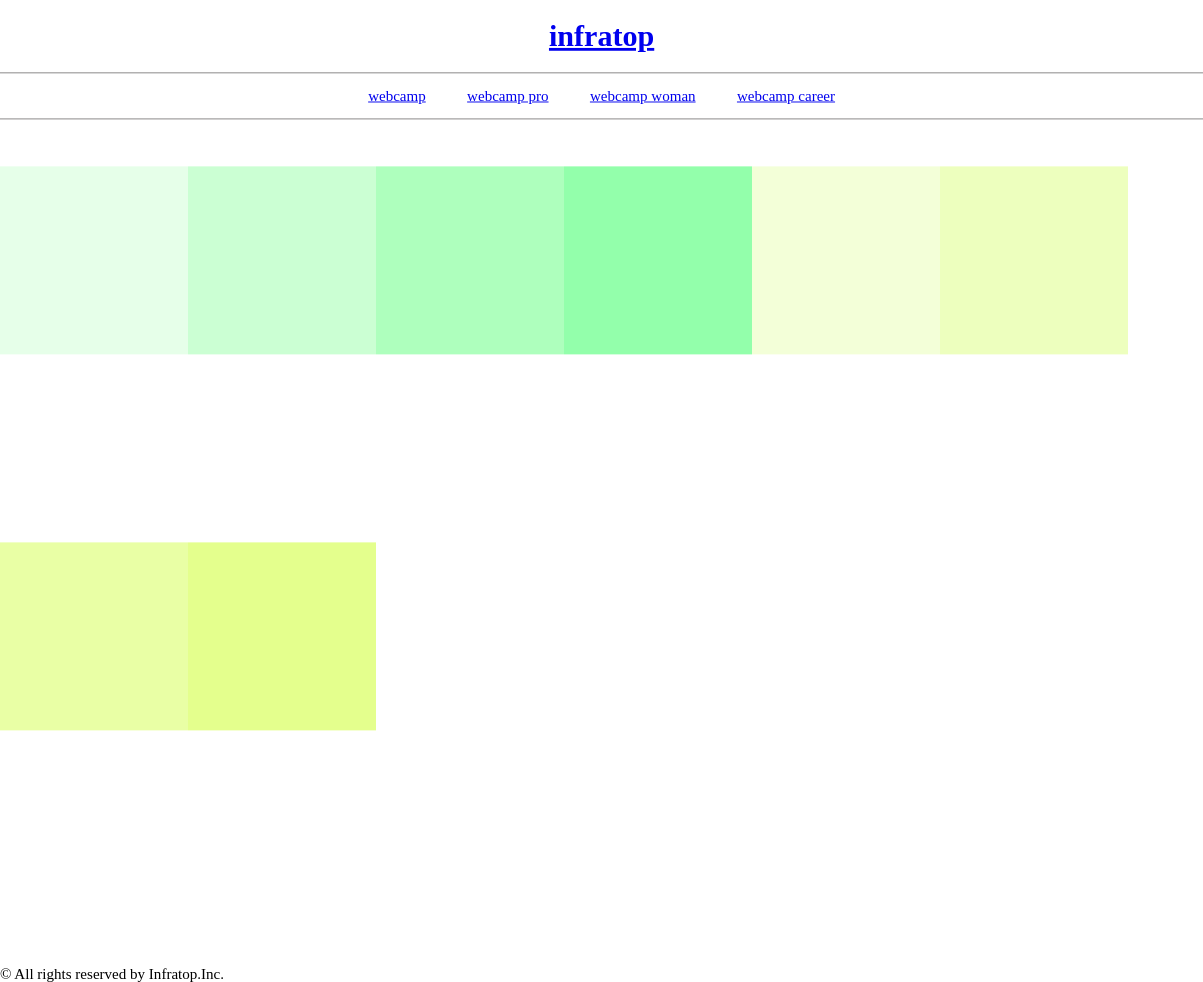
Repository: gukbvhrsui/r
Page: review2/review2.html
The author's editor kept a record of every edit. The page is drawn from the files as they stood at one moment, then again after the next edit.
The browser window is 1280 px wide. The pictures show the whole page, at 94% of full size.

Above is the page before.

After the next edit:
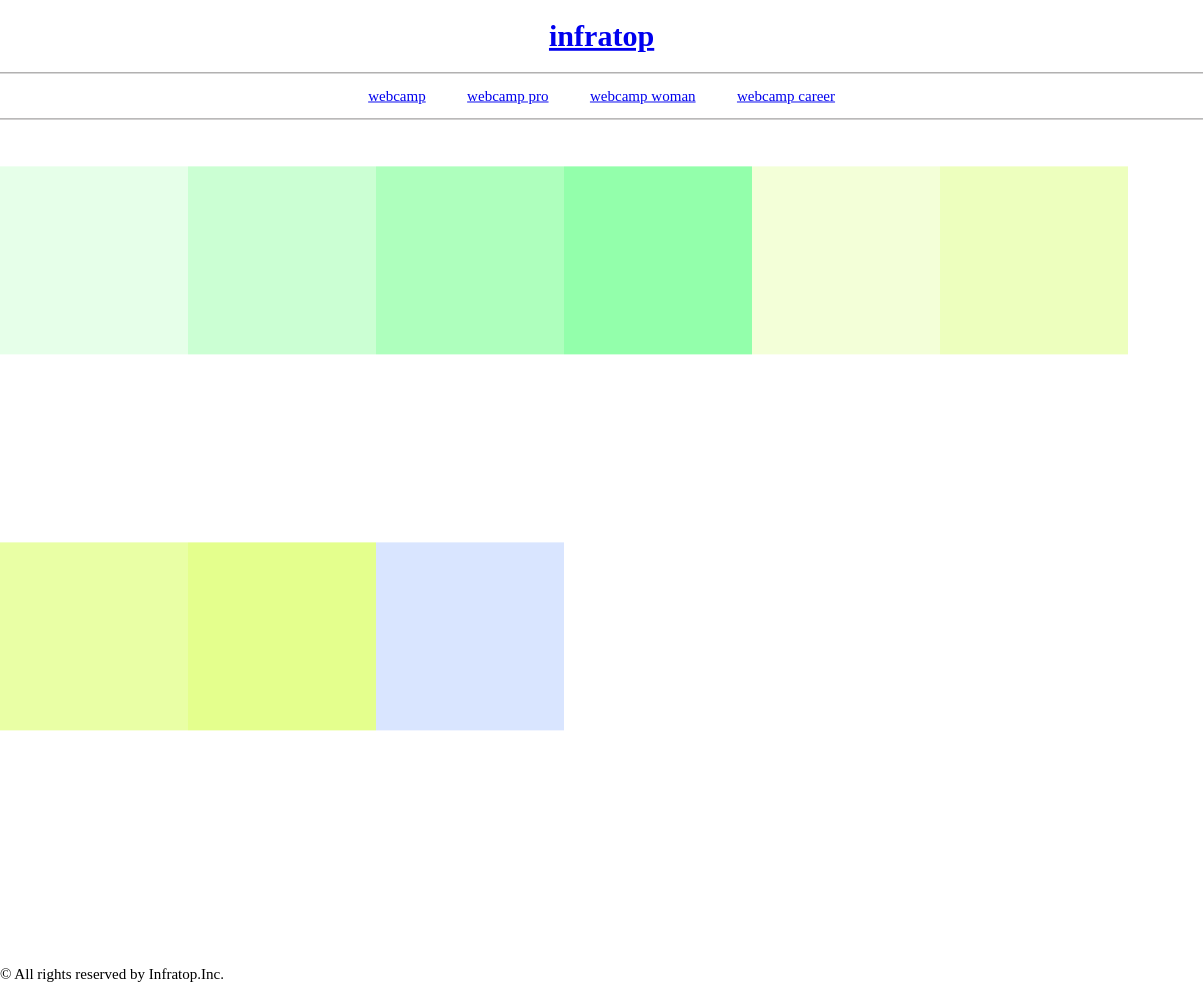
The edit:
--- a/review2/review2.css
+++ b/review2/review2.css
@@ -83,7 +83,7 @@
 .box9 {
   width: 200px;
   height: 200px;
-  background-color: ;
+  background-color: #d9e5ff;
 }
 
 .box10 {
